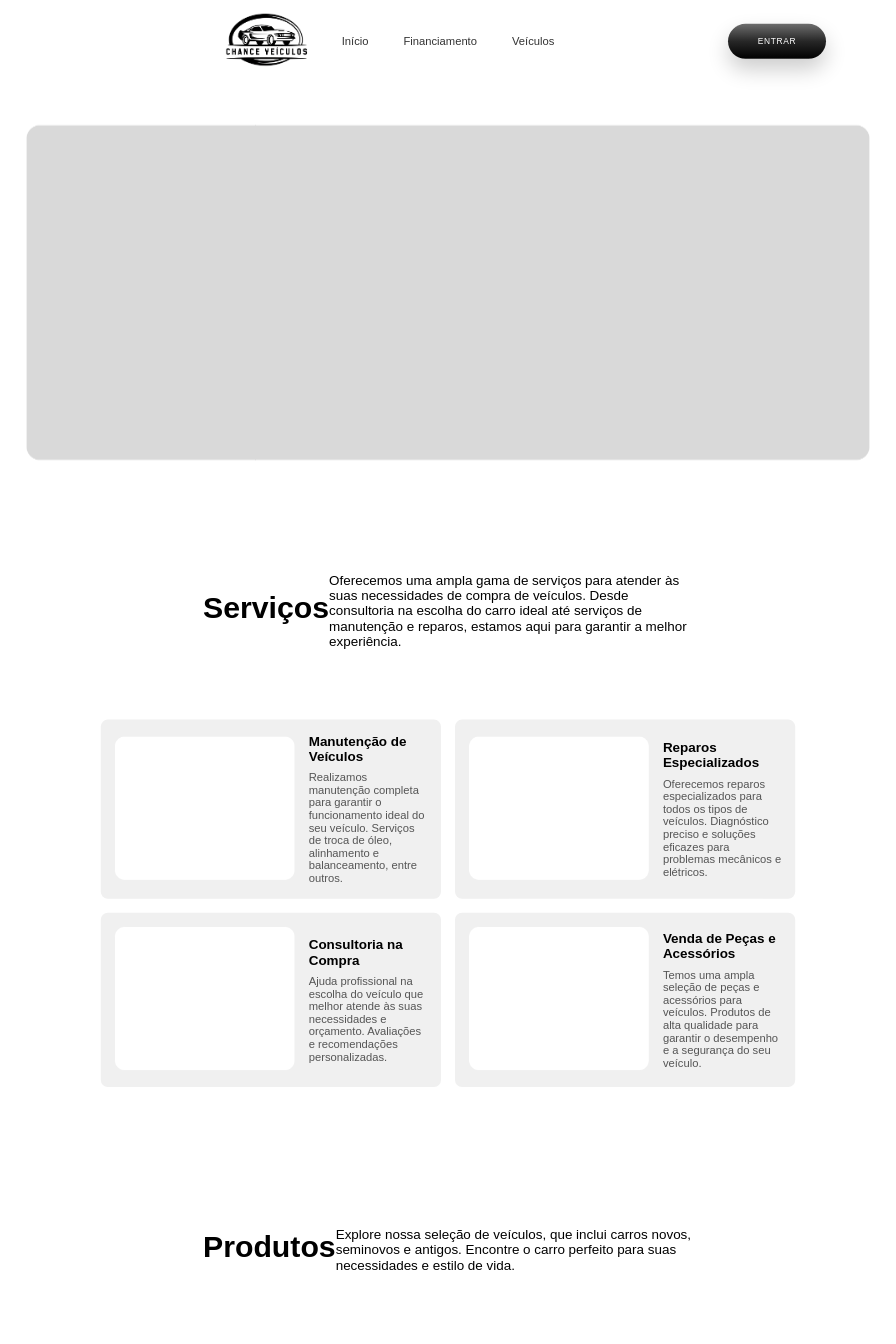
Repository: Matheus904-12/Reforma
Page: index.html
The author's editor kept a copy of each file at every save. The page is drawn from the files as they stood at one save, then again after a run of saves.
The browser window is 1280 px wide. The pictures show the part of the page from y = 0 to 1920 px (the page is 4195 px tall), at 70% of full size.
Some web libraries are served in a nearby version.

Above is the page before, as saved 2024-08-05 20:03:35.
Console error (its wording comes from the project's code and is left out).

After the next 2 saves:
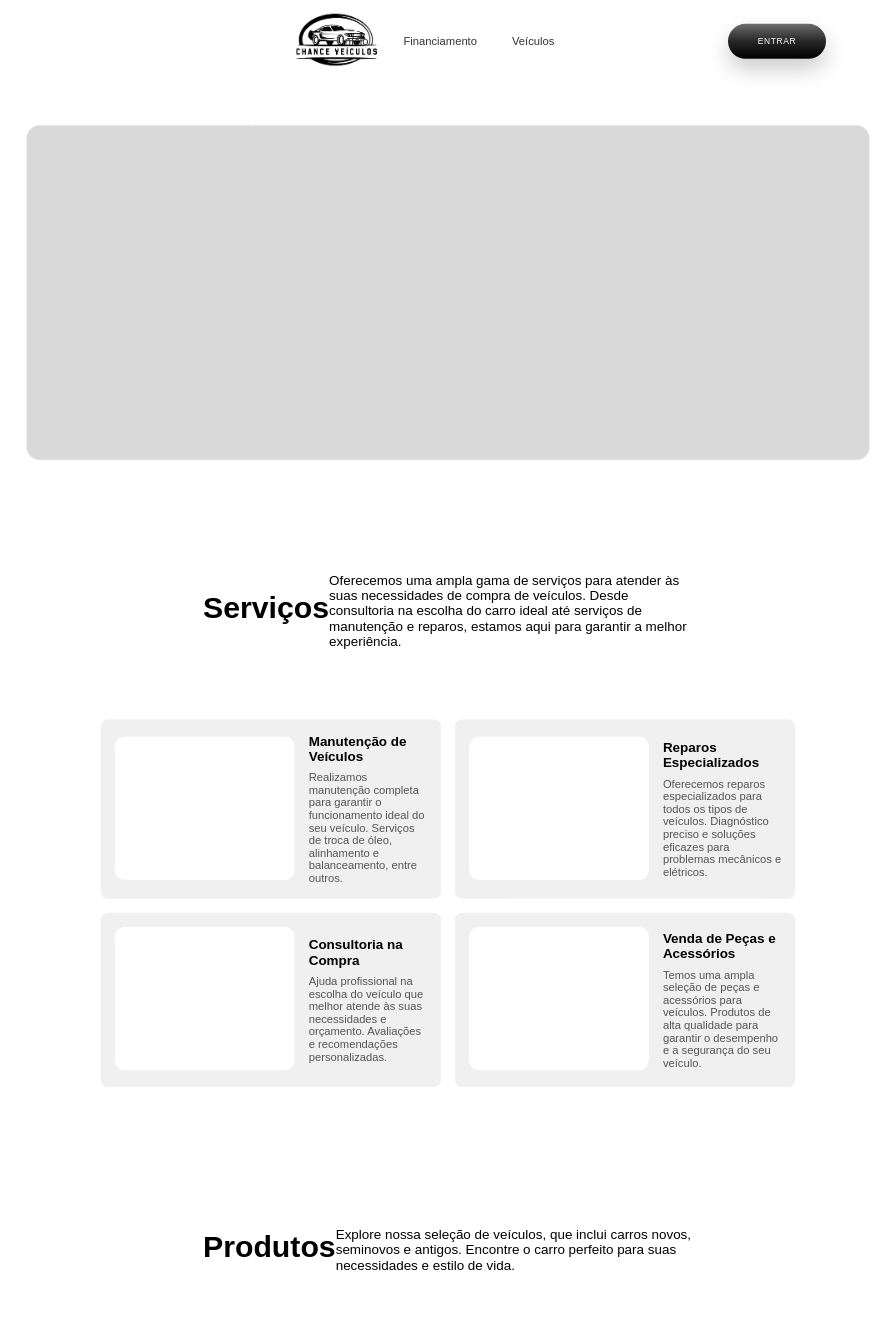
The 2 saves are shown as one change because they came seconds apart.
The last was saved 14 s later.
--- a/styles.css
+++ b/styles.css
@@ -37,7 +37,7 @@ header {
 .logo img {
   transform: scale(0.3); /* Reduz o tamanho para 80% */
   transition: transform 0.3s ease-in-out;
-  left: 100px;
+  margin-left: 100px;
 }
 
 .nav-links {
